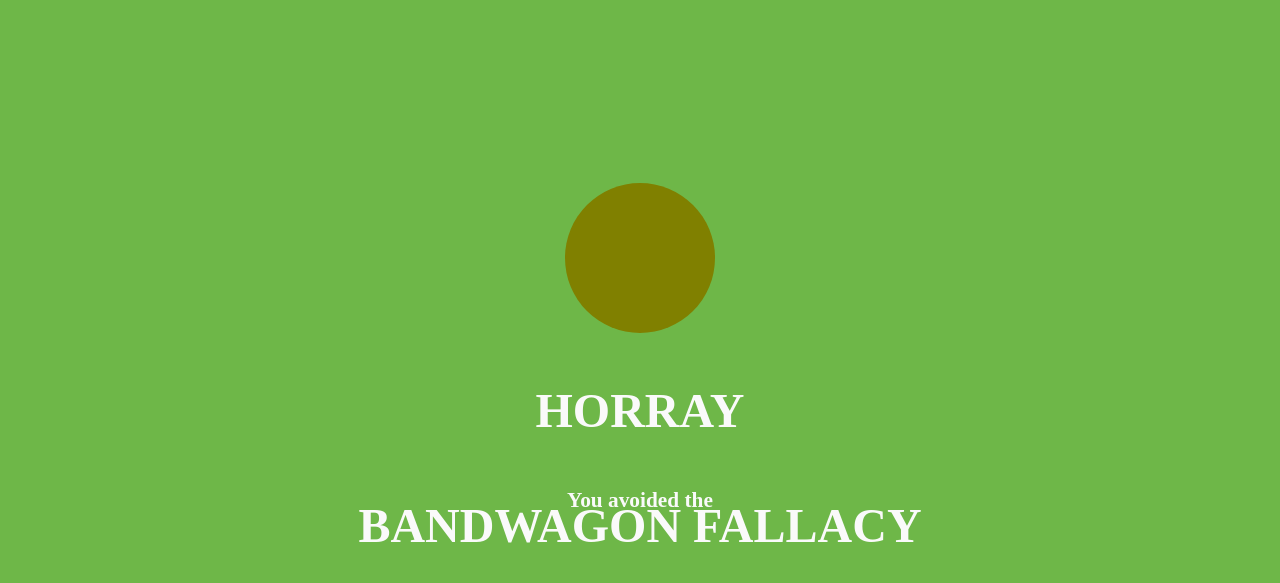
Repository: cindyvunguyen/fallacy
Page: index.html
An editor plug-in stored every save of this project. The page is shown before and after the next save, followed by the edit.
The browser window is 1280 px wide. The pictures show the whole page.
Some web fonts or font styles are not loaded; a fallback is used.

Above is the page before, as saved 2020-03-12 16:23:30.

### index.html
<!DOCTYPE html>
<html lang="en">
<head>
    <meta charset="UTF-8">
    <meta name="viewport" content="width=device-width, initial-scale=1.0">
    <title>FALLACIES</title>
    <link href="style.css" rel="stylesheet" type="text/css">
</head>
<body>
    <div id="app">

        <!-- CINDY START -->

        <div id="home-page"></div>

        <div id="lets-start-page"></div>

        <div id="question-page"></div>

        <!-- CINDY END -->

        <!-- SOPHIA START -->

        <div id="correct-page">
            <div id="correct-icon"></div>
            <div id="cp-text1">HORRAY</div>
            <div id="cp-a-outcome">
                <div id="cp-text2">You avoided the</div>
                <div id="cp-fallacy">BANDWAGON FALLACY</div>
            </div>
        </div>

        <div id="incorrect-page"></div>

        <!-- the two above pages technically have the same HTML. so you can only have 1 div and change the CSS through JS. it's entirely up to you. -->

        <div id="results-page"></div>

        <div id="game-over-page"></div>

        <!-- the two above pages technically have the same HTML, so you can only have 1 div and change the CSS through JS. it's entirely up to you. -->

        <!-- SOPHIA END -->

        <!-- CHLOE START -->

        <div id="review-page"></div>

        <div id="review2-page"></div>

        <div id="fallacy-review-page"></div>

        <div id="three-fallacies-page"></div>
        <!-- change the page's content with JS to show all three fallacies when clicked -->

        <!-- CHLOE END -->
        <script src="js.js"></script>
    </div>
</body>
</html>

### style.css
body {
    margin: 0;
}

#app {
    width: 100vw;
    height: 100vh;
    font-family: Visby;
    background-color: #468091;
    color: #FAFAFA;
}

@font-face {
    font-family: Visby;
    src: url(fonts/VisbyRoundCF-Regular.otf) format("woff");
}

@font-face {
    font-family: Visby;
    src: url(fonts/VisbyRoundCF-ExtraBold.otf) format("woff");
    font-weight: bold;
}

/* CINDY START */

/* CINDY END */

/* SOPHIA START */
#correct-page {
    width: 100vw;
    height: 100vh;
    display: flex;
    /* display: none; */
    flex-direction: column;
    align-items: center;
    justify-content: center;
    background-color: #6eb748; /* incorrect, change to #860000*/
}

#correct-icon {
    background-color: olive;
    width: 150px;
    height: 150px;
    border-radius: 50%;
}

#cp-text1 {
    font-size: 36pt;
    font-weight: bold;
    padding: 50px 0;
}

#cp-text2 {
    font-size: 16pt;
    font-weight: bold;
}

#cp-fallacy {
    font-size: 36pt;
    font-weight: bold;
}

#cp-definition {
    font-size: 16pt;
    line-height: 150px;
}

#cp-a-outcome {
    line-height: 25px;
    display: flex;
    flex-direction: column;
    align-items: center;
    justify-content: center;
}

#incorrect-page {
    width: 100vw;
    height: 100vh;
    /* display: flex; */
    display: none;
    flex-direction: column;
    align-items: center;
    justify-content: center;
    background-color: #860000;
}

#incorrect-icon {
    background-color: olive;
    width: 150px;
    height: 150px;
    border-radius: 50%;
}

#ip-text1 {
    font-size: 36pt;
    font-weight: bold;
    padding: 50px 0;
}

#ip-text2 {
    font-size: 16pt;
    font-weight: bold;
}

#ip-fallacy {
    font-size: 36pt;
    font-weight: bold;
}

#ip-definition {
    font-size: 16pt;
    line-height: 150px;
}

#ip-a-outcome {
    line-height: 25px;
    display: flex;
    flex-direction: column;
    align-items: center;
    justify-content: center;
}

/* SOPHIA END */

/* CHLOE START */

/* CHLOE END */

Loaded but not shown: js.js (no copy from this time; the picture is the same without it)

After the next save:
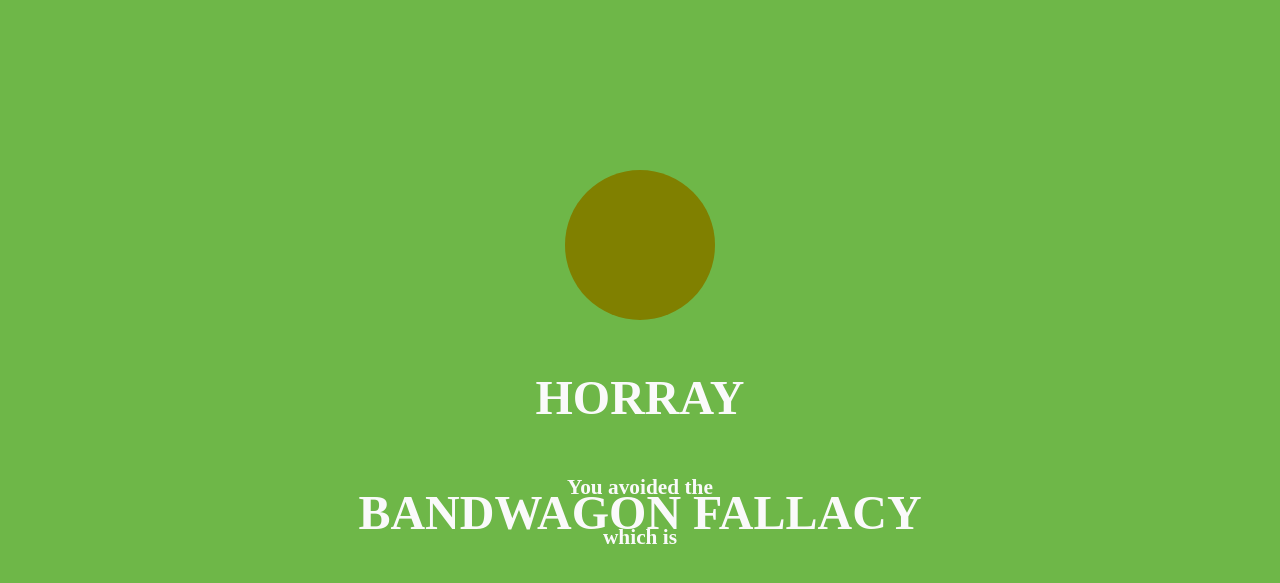
Saved 23 s later.
--- a/index.html
+++ b/index.html
@@ -27,6 +27,7 @@
             <div id="cp-a-outcome">
                 <div id="cp-text2">You avoided the</div>
                 <div id="cp-fallacy">BANDWAGON FALLACY</div>
+                <div id="cp-text2">which is</div>
             </div>
         </div>
 
